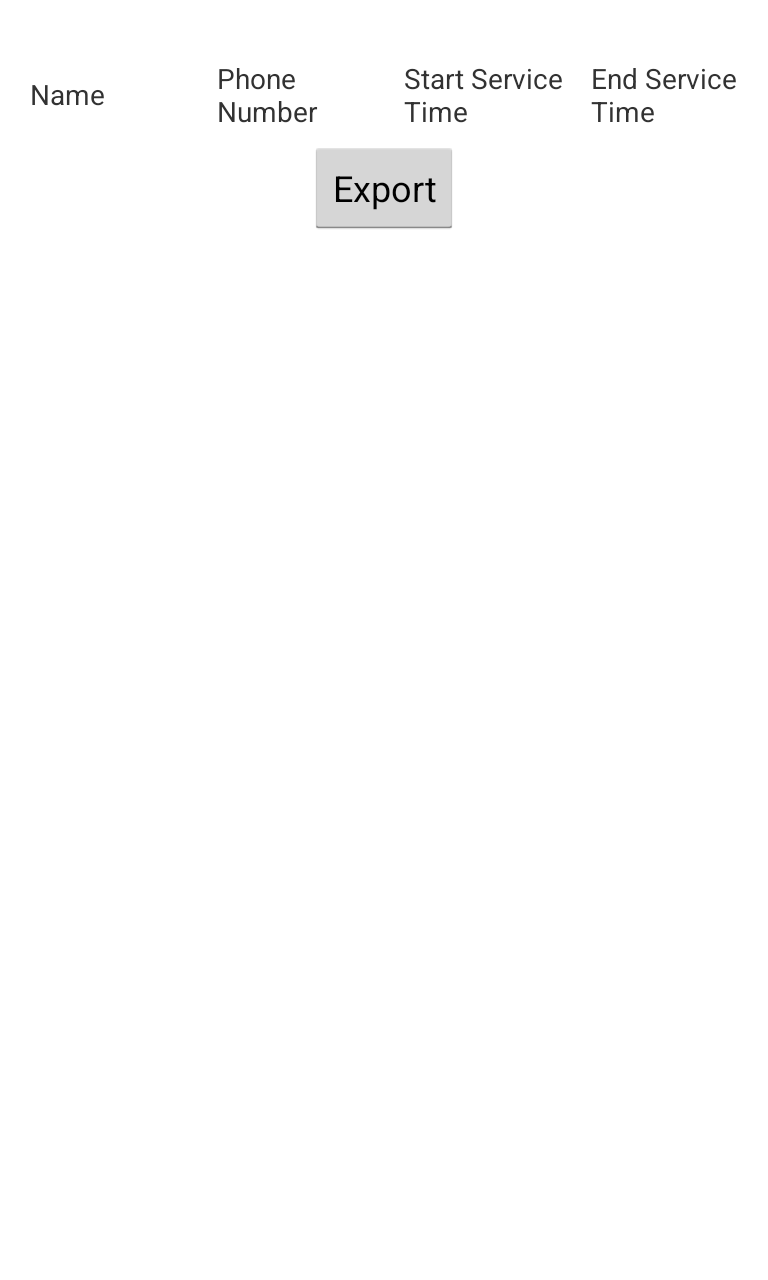
Repository: judemailom/queue-manager
Layout: QueueManager/res/layout/activity_logs.xml
An editor plug-in stored every save of this project. The layout is shown before and after a run of saves, followed by the edit.
It is drawn on a 768 x 1280 px phone screen (xhdpi) without system bars, with theme AppTheme; the app's code is not run.

Above is the layout before, as saved 2014-02-04 14:28:29.

### QueueManager/res/layout/activity_logs.xml
<ScrollView xmlns:android="http://schemas.android.com/apk/res/android"
    xmlns:tools="http://schemas.android.com/tools"
    android:layout_width="match_parent"
    android:layout_height="wrap_content"
    tools:context=".LogsActivity" >

	<LinearLayout
	    android:layout_width="match_parent"
	    android:layout_height="wrap_content"
	    android:orientation="vertical" >

		<!-- <Button
		    android:id="@+id/select_date"
		    style="?android:attr/buttonStyleSmall"
		    android:layout_width="wrap_content"
		    android:layout_height="wrap_content"
		    android:text="@string/select_date_button"
		    android:onClick="showDatePickerDialog"/>
		 -->

        <TableLayout
            android:id="@+id/table_log"
            android:layout_width="match_parent"
            android:layout_height="wrap_content" >

            <TableRow
                android:id="@+id/date_header"
                android:layout_width="match_parent"
                android:layout_height="wrap_content"
                android:gravity="center_horizontal" >

                <TextView
                    android:id="@+id/log_date"
                    android:layout_width="wrap_content"
                    android:layout_height="wrap_content"
                    android:gravity="center"
            		android:layout_span="4"
            		android:textStyle="bold"
                    android:textAppearance="?android:attr/textAppearanceMedium" />

            </TableRow>

        	<TableRow
        	    android:id="@+id/log_header"
        	    android:layout_width="wrap_content"
        	    android:layout_height="wrap_content"
        	    android:padding="@dimen/table_padding" >

        	    <TextView
        	        android:layout_width="0dp"
        	        android:layout_height="wrap_content"
        	        android:layout_gravity="center_vertical"
        	        android:layout_weight="1"
        	        android:gravity="left"
        	        android:paddingLeft="10dp"
        	        android:text="@string/name_head"
        	        android:textAppearance="?android:attr/textAppearanceSmall" />

        	    <TextView
        	        android:layout_width="0dp"
        	        android:layout_height="wrap_content"
        	        android:layout_gravity="center_vertical"
        	        android:layout_weight="1"
        	        android:gravity="left"
        	        android:paddingLeft="10dp"
        	        android:text="@string/number_head"
        	        android:textAppearance="?android:attr/textAppearanceSmall" />

        	    <TextView
        	        android:layout_width="0dp"
        	        android:layout_height="wrap_content"
        	        android:layout_gravity="center_vertical"
        	        android:layout_weight="1"
        	        android:gravity="left"
        	        android:paddingLeft="10dp"
        	        android:text="@string/start_head"
        	        android:textAppearance="?android:attr/textAppearanceSmall" />

        	    <TextView
        	        android:layout_width="0dp"
        	        android:layout_height="wrap_content"
        	        android:layout_gravity="center_vertical"
        	        android:layout_weight="1"
        	        android:gravity="left"
        	        android:paddingLeft="10dp"
        	        android:text="@string/end_head"
        	        android:textAppearance="?android:attr/textAppearanceSmall" />
        	</TableRow>

		</TableLayout>

        <Button
            android:layout_width="wrap_content"
            android:layout_height="wrap_content"
            android:layout_gravity="center_vertical|center_horizontal"
            android:text="@string/export_button"
            android:onClick="export_method" />


	</LinearLayout>

</ScrollView>

### QueueManager/res/values/styles.xml
<resources>

    <!--
        Base application theme, dependent on API level. This theme is replaced
        by AppBaseTheme from res/values-vXX/styles.xml on newer devices.
    -->
    <style name="AppBaseTheme" parent="android:Theme.Light.NoTitleBar">
        <!--
            Theme customizations available in newer API levels can go in
            res/values-vXX/styles.xml, while customizations related to
            backward-compatibility can go here.
        -->
    </style>

    <!-- Application theme. -->
    <style name="AppTheme" parent="AppBaseTheme">
        <!-- All customizations that are NOT specific to a particular API-level can go here. -->
    </style>
    <color name="white">#FFFFFF</color>
    <color name="gray">#F0F0F0</color>

</resources>

### QueueManager/res/values/strings.xml
<?xml version="1.0" encoding="utf-8"?>
<resources>

    <string name="app_name">Queue Manager</string>
    <string name="action_settings">Edit Profile</string>
    <string name="title">Logo</string>
    <string name="login">Login</string>
    <string name="hint_password">Password</string>
    <string name="title_activity_home">HomeActivity</string>
    <string name="hello_world">Hello world!</string>
    <string name="desc_calendar">calendar</string>
    <string name="desc_queue">queue count</string>
    <string name="desc_clock">clock</string>
    <string name="button_close">OPEN QUEUE</string>
    <string name="button_pause">CLOSE QUEUE</string>
    <string name="button_export">EXPORT</string>
    <string name="title_activity_queue">Queue</string>
    <string name="now_serving">Now Serving</string>
    <string name="current_queue">Current Queue</string>
    <string name="desc_now_serving">now_serving</string>
    <string name="desc_current_queue">current_queue</string>
    <string name="queue_count">CLOSED QUEUE</string>
    <string name="about">About</string>
    <string name="help">Help</string>
    <string name="title_activity_settings">Settings</string>
    <string name="title_activity_about">About</string>
    <string name="title_activity_help">Help</string>
    <string name="company_name">Company Name</string>
    <string name="hint"></string>
    <string name="profile_address">Address</string>
    <string name="profile_phone">Contact No.</string>
    <string name="profile_password">Password</string>
    <string name="save">Save</string>
    <string name="title_activity_logs">LogsActivity</string>
	<string name="name_head">Name</string>
	<string name="number_head">Phone Number</string>
	<string name="start_head">Start Service Time</string>
	<string name="end_head">End Service Time</string>
	<string name="log">Logs</string>
	<string name="export_button">Export</string>
	<string name="select_date_button">Select Date</string>

</resources>

### QueueManager/res/values/dimens.xml
<resources>

    <!-- Default screen margins, per the Android Design guidelines. -->
    <dimen name="activity_horizontal_margin">20dp</dimen>
    <dimen name="activity_vertical_margin">20dp</dimen>
    <dimen name="font_title">50dp</dimen>
    <dimen name="font_home">20dp</dimen>
    <dimen name="table_padding">5dp</dimen>

</resources>

Loaded but not shown: QueueManager/res/values-v11/styles.xml (common file); QueueManager/res/values-v14/styles.xml (common file)

After the next 3 saves:
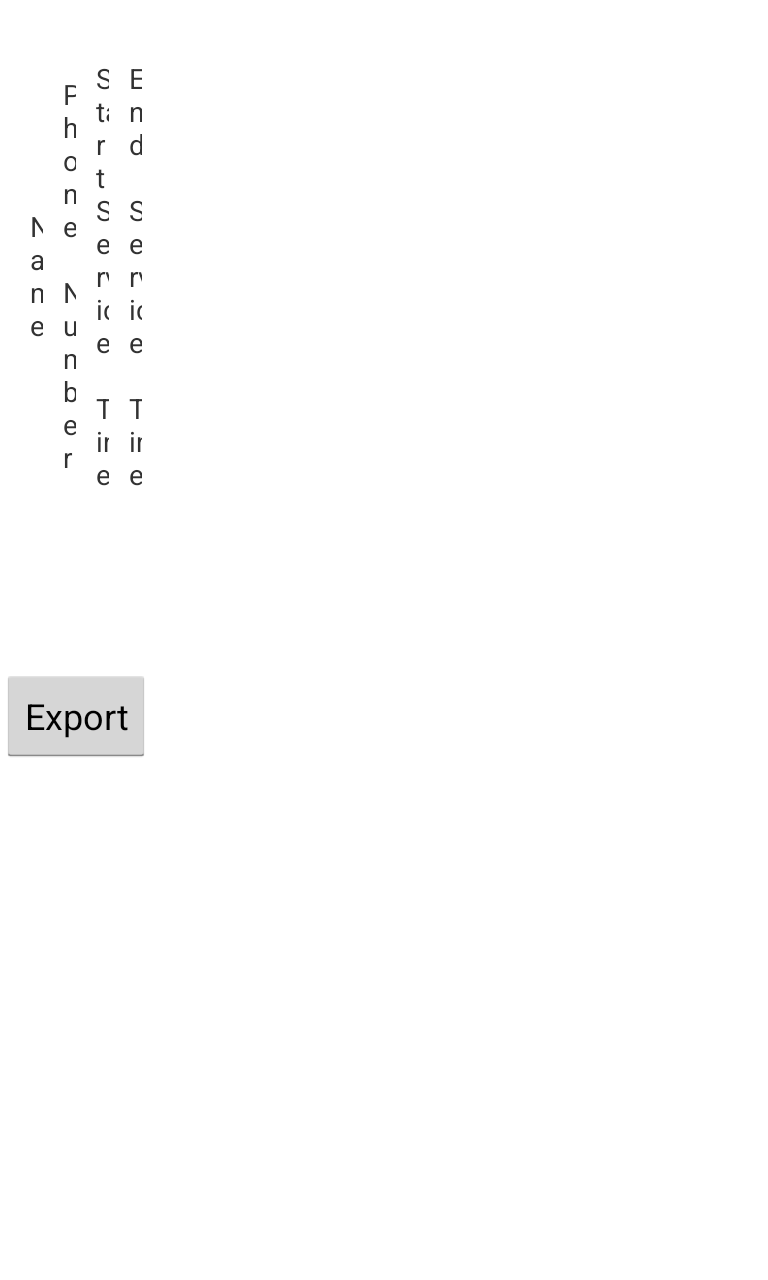
The 3 saves are shown as one change because 2 did not build or start.
The last was saved 51 min 22 s later.
--- a/QueueManager/res/layout/activity_logs.xml
+++ b/QueueManager/res/layout/activity_logs.xml
@@ -3,6 +3,11 @@
     android:layout_width="match_parent"
     android:layout_height="wrap_content"
     tools:context=".LogsActivity" >
+
+    <HorizontalScrollView
+            android:layout_width="match_parent"
+            android:layout_height="fill_parent"
+            android:fadeScrollbars="false">
 
 	<LinearLayout
 	    android:layout_width="match_parent"
@@ -98,5 +103,5 @@
 
 
 	</LinearLayout>
-
+	</HorizontalScrollView>
 </ScrollView>

After the 4 saves that followed:
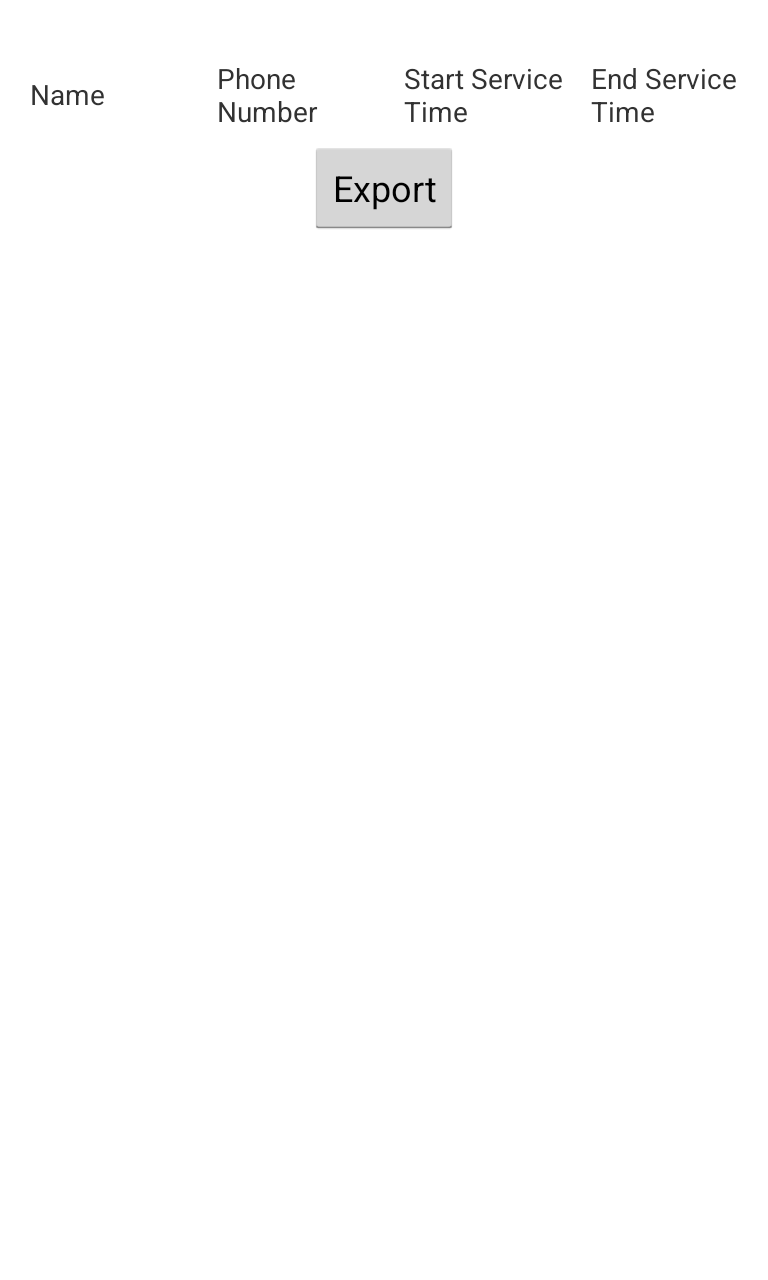
The 4 saves are shown as one change because 3 left the picture as it was.
The last was saved 4 min 9 s later.
--- a/QueueManager/res/layout/activity_logs.xml
+++ b/QueueManager/res/layout/activity_logs.xml
@@ -3,11 +3,6 @@
     android:layout_width="match_parent"
     android:layout_height="wrap_content"
     tools:context=".LogsActivity" >
-
-    <HorizontalScrollView
-            android:layout_width="match_parent"
-            android:layout_height="fill_parent"
-            android:fadeScrollbars="false">
 
 	<LinearLayout
 	    android:layout_width="match_parent"
@@ -103,5 +98,5 @@
 
 
 	</LinearLayout>
-	</HorizontalScrollView>
+
 </ScrollView>
